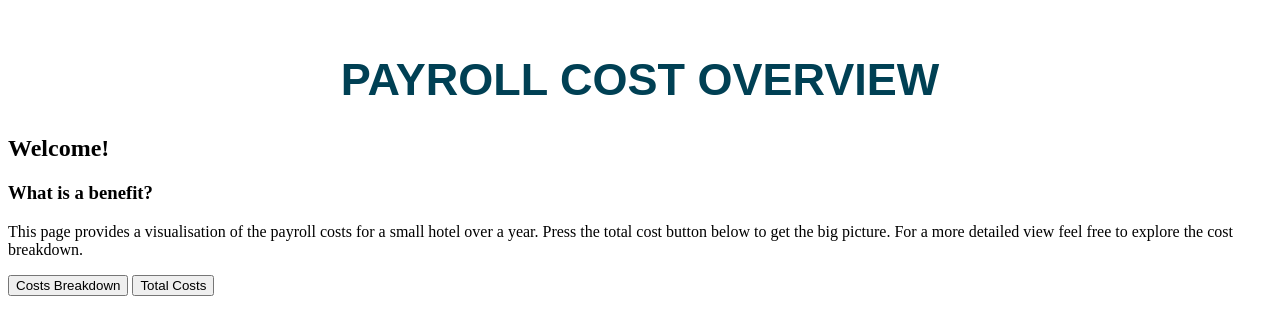
Repository: Code-Institute-Submissions/danfiliphoff-Milestoneproject-2
Page: index.html
The author's editor kept a record of every edit. The page is drawn from the files as they stood at one moment, then again after the next edit.
The browser window is 1280 px wide. The pictures show the whole page.

Above is the page before.

### index.html
<!DOCTYPE html>
<html lang="en">
<head>
    <meta charset="UTF-8">
    <meta name="viewport" content="width=device-width, initial-scale=1.0">
    <meta http-equiv="X-UA-Compatible" content="ie=edge">
    <title>Payroll Dashboard</title>
    <link rel="stylesheet" href="static/css/style.css" type="text/css" />
    <link rel="stylesheet" href="" type="text/css" />
    <link rel="stylesheet" href="static/pictures/html_background.jpg" type="image/jpg" />
    <script src="https://ajax.googleapis.com/ajax/libs/jquery/3.3.1/jquery.min.js"></script>
    <script src="https://maxcdn.bootstrapcdn.com/bootstrap/3.4.0/js/bootstrap.min.js"></script>
</head>
<body id="index-body-size">
    <div class="container-fluid" id="index-background">
        <header>
            <!--*******Title*********-->
                <div >
                   <div class="row">
                        <h1 class="col-md-12 paddingtitle title">
                             <a href="index.html" class="middle title">
                                 <span class="indextitlemobile">Payroll Cost Overview</span>
                             </a>
                        </h1>
                   </div>
                </div>
        </header>
        <!--****** Welcome Text******-->
        <article class="container conatainer-topics">
            <h2 class="topic-header">Welcome!</h2>
            <section>
                <h3 class="topic-sub-header">What is a benefit?</h3>
                <p class="topic-text">
                    This page provides a visualisation of the payroll costs
                    for a small hotel over a year. Press the total cost button
                    below to get the big picture. For a more detailed view feel
                    free to explore the cost breakdown.
                </p>
            </section>
        </article>
         <!--****** Navigation Buttons******-->
        <div class="mobile" id="indexcontent">
            <div class="row" id="center-btn">
                <div class="col-md-12">
                    <form style="display: inline" action="account.html" method="get">
                        <button class="mainbutton">
                            <span>Costs Breakdown</span>
                        </button>
                    </form>
                    <form style="display: inline" action="total_cost.html" method="get">
                        <button class="mainbutton">
                            <span>Total Costs</span>
                        </button>
                    </form>
                </div>
            </div>
        </div>
        <footer></footer>
    </div>



</body>

### static/css/style.css


/*--------HEADER-------*/
.paddingtitle{
    padding-top:25px;
    text-align: center;
}

.title {
    font-family: "Nunito", Arial;
    font-weight: 800;
    font-size: 45px;
    line-height: 50px;
    text-transform: uppercase;
    color:#004054;
    text-decoration: none !important;
    top: 0.5%;
    position: relative;
}


/*below hides y axis for accounts bar graph*/
#Cost-Per-Type .axis.y { display: none; }

After the next edit:
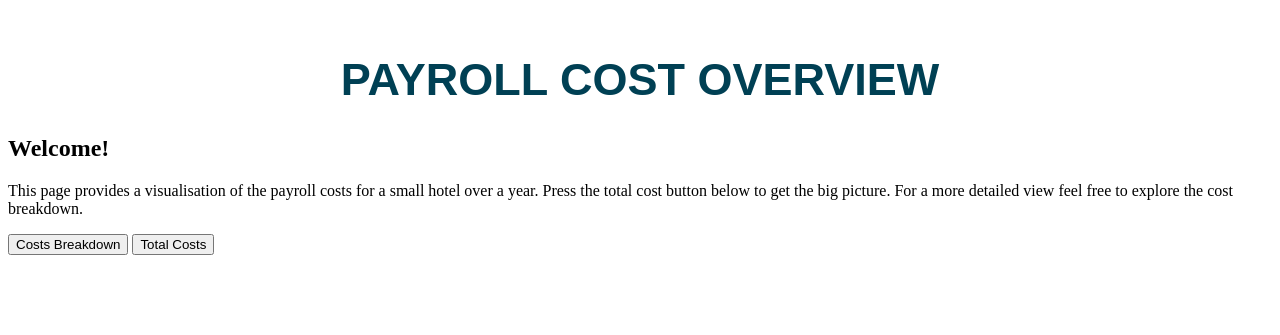
The edit:
--- a/index.html
+++ b/index.html
@@ -29,7 +29,6 @@
         <article class="container conatainer-topics">
             <h2 class="topic-header">Welcome!</h2>
             <section>
-                <h3 class="topic-sub-header">What is a benefit?</h3>
                 <p class="topic-text">
                     This page provides a visualisation of the payroll costs
                     for a small hotel over a year. Press the total cost button
